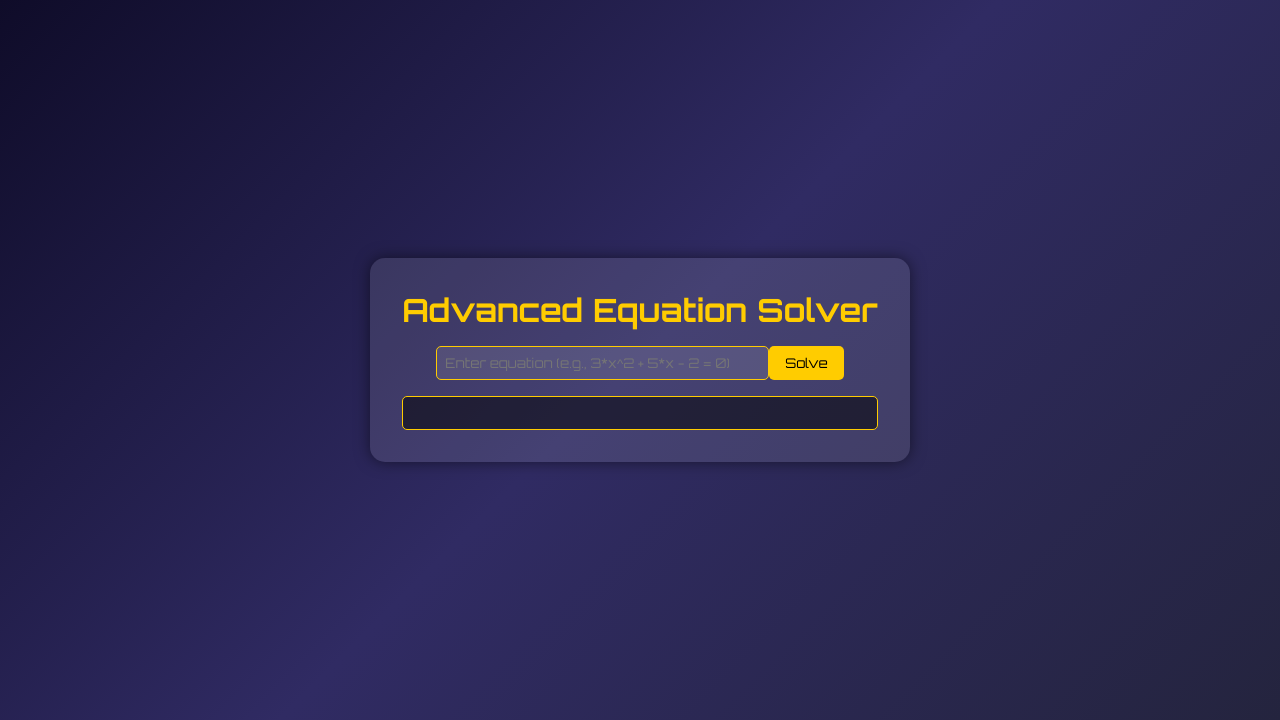
Repository: ngl-ankit/equation-solver
Page: index.html
An editor plug-in stored every save of this project. The page is shown before and after the next save, followed by the edit.
The browser window is 1280 px wide. The pictures show the whole page.

Above is the page before, as saved 2024-07-07 12:19:33.

After the next save:
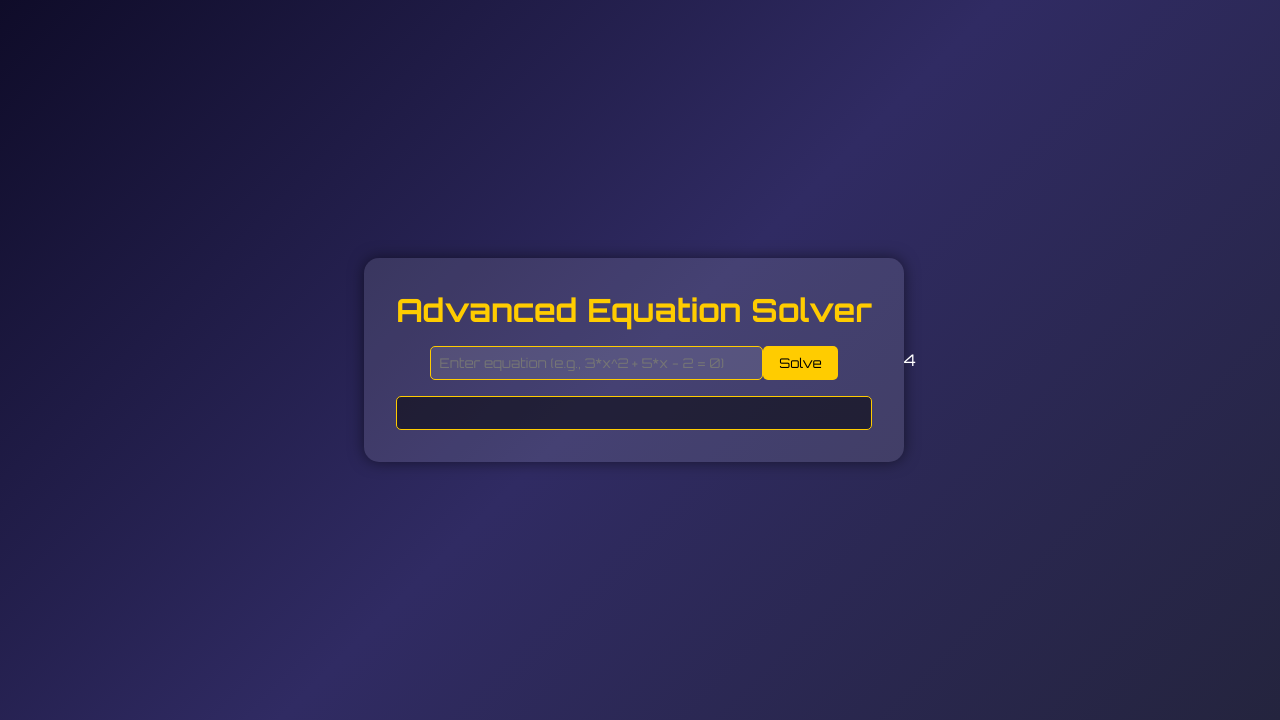
Saved 26 s later.
--- a/index.html
+++ b/index.html
@@ -23,3 +23,4 @@
     <script src="script.js"></script>
   </body>
 </html>
+4

After the save that followed:
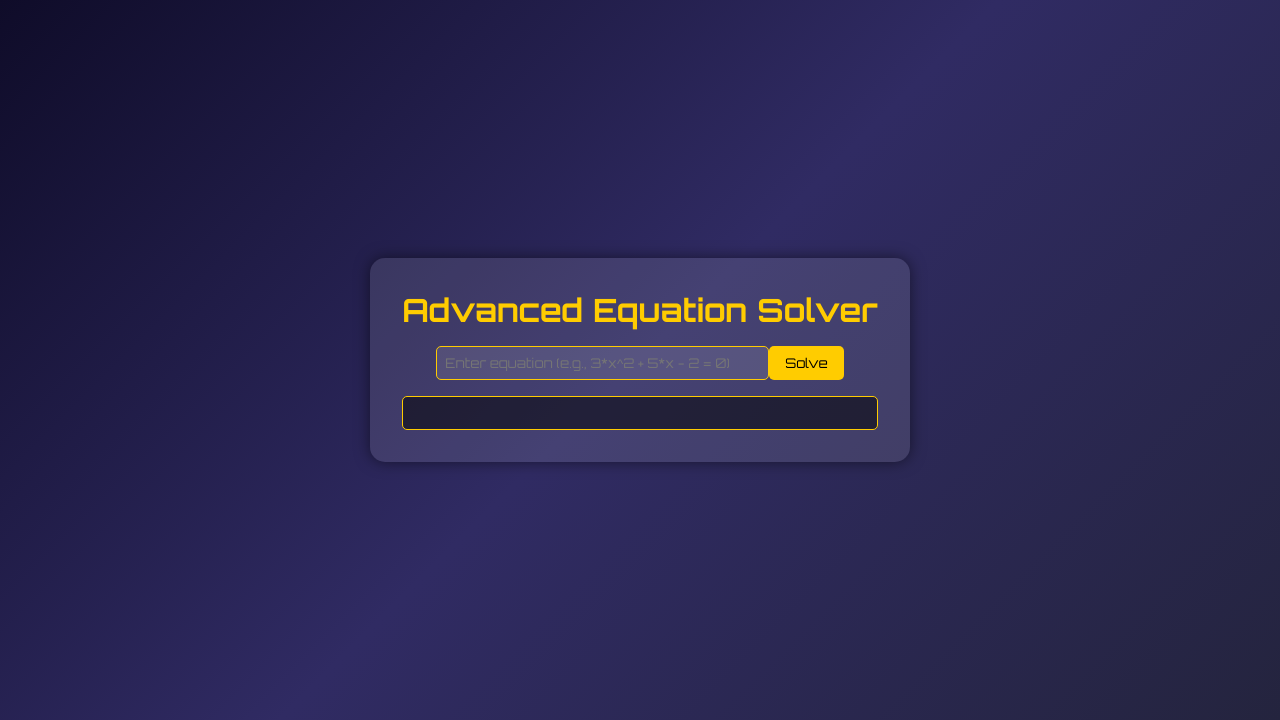
Saved 63 s later.
--- a/index.html
+++ b/index.html
@@ -3,7 +3,7 @@
   <head>
     <meta charset="UTF-8" />
     <meta name="viewport" content="width=device-width, initial-scale=1.0" />
-    <title>Equation Solver</title>
+    <title>Advanced Equation Solver</title>
     <link rel="stylesheet" href="styles.css" />
   </head>
   <body>
@@ -23,4 +23,3 @@
     <script src="script.js"></script>
   </body>
 </html>
-4
